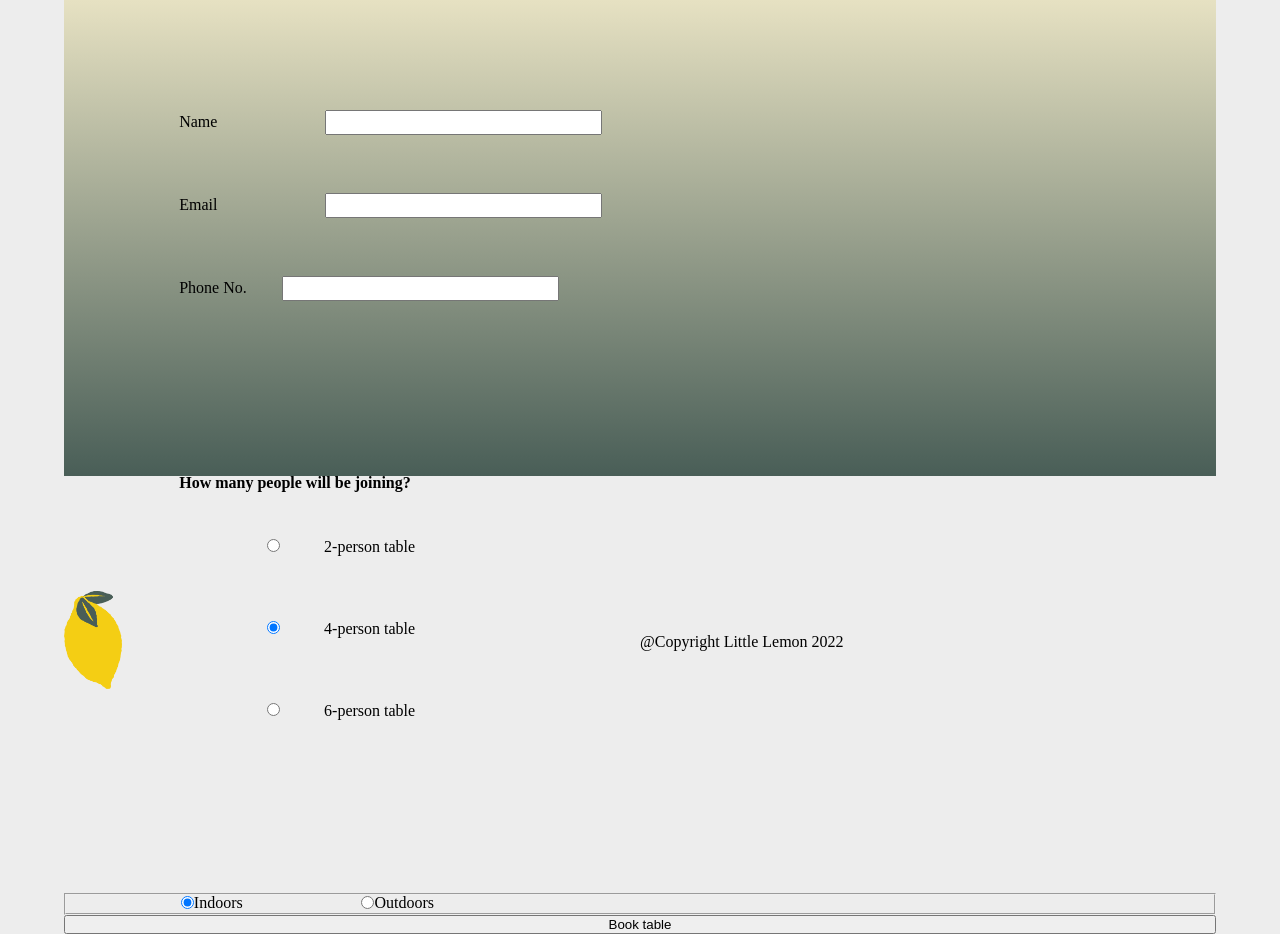
Repository: klone007/littleLemon
Page: index.html
The author's editor kept a copy of each file at every save. The page is drawn from the files as they stood at one save, then again after a run of saves.
The browser window is 1280 px wide. The pictures show the part of the page from y = 3491 to 4443 px (the page is 4425 px tall before and 4443 px after).
A picture or video elsewhere on the page could not be fetched, so the positions and the page height are approximate. Backgrounds fixed to the window are drawn as part of the page.

Above is the page before, as saved 2022-11-17 13:38:23.

### index.html
<!DOCTYPE html>
<html lang="en">
<head>
    <meta charset="UTF-8">
    <meta http-equiv="X-UA-Compatible" content="IE=edge">
    <meta name="viewport" content="width=device-width, initial-scale=1.0">
    <title>Little Lemon</title>
    <meta name="author" content="Owned by Maria & Jason">
    <meta name="description" content="Little lemon restaurant">

    <link rel="stylesheet" href="./styles.css">
    <link rel="stylesheet" href="./docs/flickity.css" media="screen">
</head>
<body>
    <script src="./docs/flickity.pkgd.min.js"></script>

<nav class="top-nav navbar-fixed-top">
    <header>
        <a href="#Home">
            <img src="./img/Asset 20@4x.png" alt="logo" />
        </a>
    </header>
    <input id="menu-toggle" type="checkbox" />
    <label class='menu-button-container' for="menu-toggle">
    <div class='menu-button'></div>
  </label>
    <ul class="menu">
        <li><a href="#Home">Home</a></li>
        <li><a href="#Menu">Menu</a></li>
        <li><a href="#mainBook">Book</a></li>
        <li><a href="#About">About</a></li>
    </ul>
</nav>


    <main>
        <h1 id="Home">Our Featured</h1>
        <section class="gallery js-flickity" data-flickity-options='{ "wrapAround": true }'>
            <div class="gallery-cell">
                <img src="https://external-content.duckduckgo.com/iu/?u=https%3A%2F%2Fwww.sightseeingtoursitaly.com%2Fwp-content%2Fuploads%2F2019%2F06%2FFamous-Italian-dishes.jpg&f=1&nofb=1&ipt=5f17ed8798b09670346a59e0c6dda9133987f1fbc826aab0525b9c7dfd5eefc6&ipo=images" alt="" loading="lazy" />
            </div>
            <div class="gallery-cell">
                <img src="https://external-content.duckduckgo.com/iu/?u=https%3A%2F%2Fcdn.websites.hibu.com%2F42205d4164494aec9952633686609fc8%2Fdms3rep%2Fmulti%2Fshutterstock_1048781273.jpg&f=1&nofb=1&ipt=9319afd718bb88107d86b2624e313065a7d3a600e22631227c980300d2d9ea5e&ipo=images" alt="" loading="lazy" />
            </div>
            <div class="gallery-cell">
                <img src="https://external-content.duckduckgo.com/iu/?u=https%3A%2F%2Fdianashealthyliving.com%2Fwp-content%2Fuploads%2F2019%2F09%2FItalian-food-Depositphotos_.jpg&f=1&nofb=1&ipt=6b3899b664b8c8aa324edf4a5f0cf548525f48ccb5f7a4fc71eac060adbfea16&ipo=images" alt="" loading="lazy" />
            </div>
            <div class="gallery-cell">
                <img src="https://external-content.duckduckgo.com/iu/?u=https%3A%2F%2Fwww.lux-review.com%2Fwp-content%2Fuploads%2F2020%2F03%2FPasta-1.jpg&f=1&nofb=1&ipt=236038c1ddcf4aa03c9a1fd1d1489bc57e1f28b597d5af0d285d39a5f3813c10&ipo=images" alt="" />
            </div>
            <div class="gallery-cell">
                <img src="https://external-content.duckduckgo.com/iu/?u=https%3A%2F%2Fthepointsguy.co.uk%2Fwp-content%2Fuploads%2F2020%2F09%2FGettyImages-599272840.jpg&f=1&nofb=1&ipt=aed47e269af3bf5fa11b8c201e77a3612dee3b5e70cd9f18d9500c28e0df9f67&ipo=images" alt="" loading="lazy" />
            </div>
        </section>

        <h1 id="Menu">Menu</h1>
        <section id="mainMenu">
            <article>
                <h3>Dish 1</h3>
                <div>
                    <img src="https://external-content.duckduckgo.com/iu/?u=https%3A%2F%2Fwww.trbimg.com%2Fimg-58b999a4%2Fturbine%2Fct-chicago-modern-classics-food-0308-20170303&f=1&nofb=1&ipt=e55a6103835e539b9ddba910f3aa8f07babc50ec035bc059d606dd24fa5a5659&ipo=images" alt="" />
                    <p>Lorem ipsum dolor sit amet consectetur adipisicing elit. Labore inventore rem quos repellat fugiat consequatur numquam, sapiente aperiam culpa aliquid maiores asperiores! Alias eligendi odit, vero amet aut quia non?</p>
                </div>
            </article>
            <article>
                <h3>Dish 2</h3>
                <div>
                    <img src="https://external-content.duckduckgo.com/iu/?u=https%3A%2F%2Fwww.webivm.com%2Fwp-content%2Fuploads%2F2016%2F12%2FFood-Photos.jpg&f=1&nofb=1&ipt=6a3492d880aad37e76e2c229f1153e1a0fc916bf886f3e4d2b33b8b43cbbb8ba&ipo=images" alt="" />
                    <p>Lorem ipsum dolor sit amet consectetur adipisicing elit. Labore inventore rem quos repellat fugiat consequatur numquam, sapiente aperiam culpa aliquid maiores asperiores! Alias eligendi odit, vero amet aut quia non?</p>
                </div>
            </article>
            <article>
                <h3>Dish 3</h3>
                <div>
                    <img src="https://external-content.duckduckgo.com/iu/?u=https%3A%2F%2Fwww.food-management.com%2Fsites%2Ffood-management.com%2Ffiles%2Fstyles%2Farticle_featured_retina%2Fpublic%2FHawaiiPromo_BU_1.jpg%3Fitok%3Dl8BccNDz&f=1&nofb=1&ipt=f5ae2a2fe3e9c6f5db3d1dd3f7cba8346bc18a211ab68dd1c32996616daafb87&ipo=images" alt="" />
                    <p>Lorem ipsum dolor sit amet consectetur adipisicing elit. Labore inventore rem quos repellat fugiat consequatur numquam, sapiente aperiam culpa aliquid maiores asperiores! Alias eligendi odit, vero amet aut quia non?</p>
                </div>
            </article>
            <article>
                <h3>Dish 4</h3>
                <div>
                    <img src="https://external-content.duckduckgo.com/iu/?u=https%3A%2F%2Fmoroccanfoodtour.com%2Fwp-content%2Fuploads%2F2020%2F05%2FMFT-Tetouan-Food-Tour-5.jpg&f=1&nofb=1&ipt=5d10271906c29c0f482e9af2e71def8f1021706b03ddfc3b13a227a26cf32f92&ipo=images" alt="" />
                    <p>Lorem ipsum dolor sit amet consectetur adipisicing elit. Labore inventore rem quos repellat fugiat consequatur numquam, sapiente aperiam culpa aliquid maiores asperiores! Alias eligendi odit, vero amet aut quia non?</p>
                </div>
            </article>
            <article>
                <h3>Dish 5</h3>
                <div>
                    <img src="https://external-content.duckduckgo.com/iu/?u=https%3A%2F%2Fimg.choice.com.au%2F-%2Fmedia%2Ff738b5b9623b4c90ad0837f98b0ea96b.ashx&f=1&nofb=1&ipt=1635fb9e31ba85f9b28735716f80466546eed1ee7c42d5bcbd6a9909df5d35f2&ipo=images" alt="" />
                    <p>Lorem ipsum dolor sit amet consectetur adipisicing elit. Labore inventore rem quos repellat fugiat consequatur numquam, sapiente aperiam culpa aliquid maiores asperiores! Alias eligendi odit, vero amet aut quia non?</p>
                </div>
            </article>
            <article>
                <h3>Dish 6</h3>
                <div>
                    <img src="https://external-content.duckduckgo.com/iu/?u=https%3A%2F%2Fwww.charlottefashionplate.com%2Fwp-content%2Fuploads%2F2019%2F04%2FFullSizeRender-2019-09-12T093414.937-e1568295666416.jpg&f=1&nofb=1&ipt=a75d703fefdf0bc48c22dafd73ad0c617d56c21db92b64727021d744cfa860a5&ipo=images" alt="" />
                    <p>Lorem ipsum dolor sit amet consectetur adipisicing elit. Labore inventore rem quos repellat fugiat consequatur numquam, sapiente aperiam culpa aliquid maiores asperiores! Alias eligendi odit, vero amet aut quia non?</p>
                </div>
            </article>
        </section>

        <h1 id="About">About</h1>
        <section id="mainAbout">
            <div class="myDIV">
                 <img src="https://external-content.duckduckgo.com/iu/?u=https%3A%2F%2Fst3.depositphotos.com%2F2572561%2F16353%2Fi%2F950%2Fdepositphotos_163534638-stock-photo-two-famous-chefs-discuss-their.jpg&f=1&nofb=1&ipt=b503cf392cbfb92c1189adf6e87bce2d96b5f10e32ff79c8c39acd97c9648224&ipo=images" alt="Little Lemon's chefs" loading="lazy" />
            </div>
            <!-- <div class="hide">
                The image used is stock image from google images.
            </div> -->

            <p>
                Based in Chicago, Illinois, <strong>Little Lemon is a family-owned Mediterranean restaurant</strong>, focused on <strong>traditional recipes served with a
                modern twist.</strong> The chefs draw inspiration from Italian, Greek, and Turkish culture and have a menu of 12–15 items that they rotate
                seasonally. The restaurant has a rustic and relaxed atmosphere with moderate prices, making it a <strong>popular place for a meal any time of
                the day.</strong>
                <br /> <br />
                Little Lemon is <strong>owned by</strong>two Italian brothers, <strong>Mario and Adrian</strong>, who moved to the United States to pursue their shared dream of owning a restaurant.
                To craft the menu, Mario relies on family recipes and his experience as a chef in Italy. Adrian does all the marketing for the restaurant and led the
                effort to expand the menu beyond classic Italian to incorporate additional cuisines from the Mediterranean region.
            </p>
        </section>
        <section id="mainBook">
            <h1>Book</h1>
            <div class="parallax"></div>

            <form class="content" method="post" >

                    <label for="user_Name">Name
                        <input type="text" id="user_Name" name="user_Name" required/>
                    </label>
                    <label for="user_Email">Email
                        <input type="email" id="user_Email" name="user_Email" required/>
                    </label>

                <label for="user_Phone">Phone No.
                    <input type="tel" id="user_Phone" name="user_Phone"/>
                </label>
                <fieldset id="size">
                    <p><strong>How many people will be joining?</strong></p>
                    <label><input type="radio" value="2" name="size" />2-person table</label><br>
                    <label><input type="radio" value="4" name="size" checked/>4-person table</label><br>
                    <label><input type="radio" value="6" name="size" />6-person table</label>
                </fieldset>
                <fieldset id="location">
                    <label><input type="radio" value="indoors" name="location" checked/>Indoors</label>
                    <label><input type="radio" value="outdoors" name="location" />Outdoors</label>
                </fieldset>
                <button type="submit">Book table</button>

            </form>
        </section>
    </main>
    <footer>
        <div >
            <img src="./img/Asset 9@4x.png" alt=""></img>
        </div>
        <div >
            <p>@Copyright Little Lemon 2022</p>
        </div>
    </footer>


</body>
</html>

### styles.css
:root {
    --lemonYelow:#f4ce14;
    --lemonGreen: #495e57;
}


*{
    margin:0;
    padding:0;
    -webkit-box-sizing: border-box;
    box-sizing: border-box;
}

body {
    background-color: #ededed;
    margin-top: 1rem;
    margin-bottom: 1rem;
    margin-left: 5%;
    margin-right: 5%;
}

header  img {
    display: block;
    margin-left: auto;
    margin-right: auto;
    max-width:3rem;
    min-height:3rem;
    animation-duration: 2s;
    animation-name: slideinLeft;
}

.top-nav  ul {
    list-style: none;
    animation-duration: 2s;
    animation-name: slideinRight;
}

.top-nav a {
    text-decoration: none;
    /* color:rgb(252, 227, 8); */
    color:white;
    padding: 10px 30px;
}

.top-nav a:hover {
    color: var(--lemonYelow);
    transform: scale(0.7);
}

.top-nav {
    display: flex;
    flex-direction: row;
    align-items: center;
    justify-content: space-between;
    background-color: #00BAF0;
    /* background: linear-gradient(to left, #214900ef, #ffe5511e); */
    background: linear-gradient(to left, #495e57, #f4cf142c);

    /* W3C, IE 10+/ Edge, Firefox 16+, Chrome 26+, Opera 12+, Safari 7+ */
    color: #FFF;
    height: 50px;
    padding: 1em;
    margin-top: 3%;


  }

  .menu {
    display: flex;
    flex-direction: row;
    list-style-type: none;
    margin: 0;
    padding: 0;
  }

  .menu > li {
    margin: 0 1rem;
    overflow: hidden;
  }

  .menu-button-container {
    display: none;
    height: 100%;
    width: 30px;
    cursor: pointer;
    flex-direction: column;
    justify-content: center;
    align-items: center;
  }

  #menu-toggle {
    display: none;
  }

  .menu-button,
  .menu-button::before,
  .menu-button::after {
    display: block;
    background-color: #fff;
    position: absolute;
    height: 4px;
    width: 30px;
    transition: transform 400ms cubic-bezier(0.23, 1, 0.32, 1);
    border-radius: 2px;
  }

  .menu-button::before {
    content: '';
    margin-top: -8px;
  }

  .menu-button::after {
    content: '';
    margin-top: 8px;
  }

  #menu-toggle:checked + .menu-button-container .menu-button::before {
    margin-top: 0px;
    transform: rotate(405deg);
  }

  #menu-toggle:checked + .menu-button-container .menu-button {
    background: rgba(255, 255, 255, 0);
  }

  #menu-toggle:checked + .menu-button-container .menu-button::after {
    margin-top: 0px;
    transform: rotate(-405deg);
  }

  @media (max-width: 700px) {
    .menu-button-container {
      display: flex;
    }
    .menu {
        z-index:1000;
      position: absolute;
      top: 50px;
      margin-top: 50px;
      left: 0;
      flex-direction: column;
      width: 100%;
      justify-content: center;
      align-items: center;
    }
    #menu-toggle ~ .menu li {
      height: 0;
      margin: 0;
      padding: 0;
      border: 0;
      transition: height 400ms cubic-bezier(0.23, 1, 0.32, 1);
    }
    #menu-toggle:checked ~ .menu li {
      border: 1px solid #333;
      height: 3.5em;
      padding: 0.5em;
      transition: height 400ms cubic-bezier(0.23, 1, 0.32, 1);
    }
    .menu > li {
      display: flex;
      justify-content: center;
      margin: 0;
      padding: 0.5em 0;
      width: 100%;
      color: white;
      background-color: #222;
    }
    .menu > li:not(:last-child) {
      border-bottom: 1px solid #444;
    }
  }

  .navbar-fixed-top{
    position: -webkit-sticky;
    position: sticky;
    top: 0px;
    z-index: 99999;
  }

/* nav {
display: flex;
justify-content: space-between;
}

header > img {
    display: block;
    margin-left: auto;
    margin-right: auto;
    max-width:5rem;
    min-height:5rem;
}

nav  ul {
    list-style: none;
    display: flex;
    justify-content: center;
    align-items: center;

}

nav a:link {
    text-decoration: none;
    color: rgb(5, 107, 5);
    padding: 10px 50px;

}

nav a:hover {
    background-color: green;
    color: antiquewhite;
} */




main  h1 {
    display: flex;
    justify-content: center;
    align-items: center;
    margin-top:5%;
    margin-bottom:3%;
    color:var(--lemonGreen);
    padding-top: 1rem;
}

main  h1:hover{
    /* animation: 1s 1 forwards pulse */
    transform: scale(1.2);
    transition: 0.5s ease-in-out;
}

main img {
    max-width:100%;
    min-height: 100%;
}

.gallery {
    background: #EEE;
    margin-bottom: 5%;
  }

  .gallery-cell {
    width: 50vw;
    height: 30vh;
    margin-left: 10px;
    counter-increment: gallery-cell;
  }

  /* cell number */
  .gallery-cell:before {
    display: block;
    text-align: center;
    content: "";
    line-height: 200px;
    font-size: 80px;
    color: white;
  }



  #mainMenu {
    display: flex;
    flex-wrap: wrap;
    overflow: auto;

}
#mainMenu div {
    display: flex;
    justify-content: center;
    align-items: center;
    gap:2rem;
}

#mainMenu img {
    max-width: 5rem;
    max-height: 5rem;
}
article img:hover {
    transform: scale(4) translate(50%,10%);
    transition: 0.5s ease-in-out;
}

main h3 {
    padding-bottom:1rem
}

main article {
    flex: 1 0 500px;
    box-sizing: border-box;
    margin: 1rem .25em;
    padding:2rem;

    max-width: 25rem;
}

main article:hover {
    color:#f4ce14;
    background-color: var(--lemonGreen);
    box-shadow: inset 0 0 1rem #444;
    border-radius: 5%;
}

@media screen and (min-width: 40em) {
    main article  {
       max-width: calc(50% -  1em);
    }


}

@media screen and (min-width: 60em) {
    main article  {
        max-width: calc(25% - 1em);
    }
}


#mainAbout {
    display: flex;
    flex-direction:column;
    justify-content: center;
    align-items: center;

}

#mainAbout img {
    max-width: 20rem;
    min-height: 20rem;
    margin:5%;
    padding:2rem;
    border-radius: 50%;
    filter:blur(0.5rem) grayscale(100%);
    transition:.5s ease-out;
}
#mainAbout img:hover {
    filter:blur(0rem) grayscale(0%);

}
/* .hide {
    display: none;
    position:absolute;
    left:8%
  } */

  /* .myDIV:hover + .hide {
    display: block;
    color: red;
  } */

#mainAbout p {
    flex: 1 0 500px;
    box-sizing: border-box;
    margin: 1rem .25em;
    padding:1rem;
}

footer {
    display: flex;
    justify-content: center;
    align-items: center;
    margin-top:10%;
}
footer div {
    flex: 1;
}

footer img {
    width:10%;
}
footer img:hover {
    transform:rotate(60deg) ;
   transition: 1s ease;
}



@media screen and (min-width:880px) {

    .gallery-cell {
        width: 70vw;
        height: 70vh;
        margin-left: 10px;
        counter-increment: gallery-cell;
      }

      #mainAbout{
        display: flex;
        justify-content: space-between;
        flex-direction: row;
        margin:1rem;
        gap: 2rem;
    }
    #mainAbout img {
        max-width: 20rem;
        min-height: 20rem;
        margin:5%;
        border-radius: 0;
    }
    #mainAbout p {
        flex: 1 ;
        box-sizing: border-box;
        margin: 1rem .25em;
        padding:1rem;
    }
    article img:hover {
        transform: scale(8) translate(50%,10%);
        transition: 0.5s ease-in-out;
    }

  }




  @keyframes slideinRight {
    from {
      margin-right: -100rem;
      opacity: 0;
    }
    25% {

        margin-right: -10rem;
        opacity: 0.25;
      }
    50% {

    margin-right: -5rem;
    opacity: 0.5;
    }
    75% {

      margin-right: -1rem;
      opacity: 0.75;
    }

    to {
      margin-right: 0rem;
      opacity: 1;
    }
  }


  @keyframes slideinLeft {
    from {
      margin-left: -100rem;
      opacity: 0;

    }

    25% {

    margin-left: -10rem;
    opacity: 0.25;
    }

    50% {

    margin-left: -5rem;
    opacity: 0.5;
    width:50%;
    }
    75% {

    margin-left: -5rem;
    opacity: 0.5;
    width:75%;

    }

    to {
      margin-left: 0rem;
      opacity: 1;
     width:100%;

    }
  }

  .parallax {
    /* The image used */
    background-image: url("https://external-content.duckduckgo.com/iu/?u=https%3A%2F%2Fuplandsouthcandles.com%2Fwp-content%2Fuploads%2F2018%2F07%2F036684.jpg&f=1&nofb=1&ipt=ed1f1ccf7945ddfd3265d2114ec71a6c897354e652921af8277e8d438890888a&ipo=images");

    /* Set a specific height */
    min-height: 500px;

    /* Create the parallax scrolling effect */
    background-attachment: fixed;
    background-position: center;
    background-repeat: no-repeat;
    background-size: cover;
  }

  .content {
    height:1000px;
    background: linear-gradient(#eee20200,#f4cf142c, #495e57);
    display:flex;
    flex-direction: column;
    align-items: stretch;
    padding-top:50%;
}
.content label {
    padding-top:5%;
    padding-left: 10%;
}

#size{
    display: flex;
    flex-direction: column;
    margin: 15% 10%;
    border:0;

}

#size label {
    margin-left:-3rem ;
}

input[name=size] {
    margin:0 5%;
}

#user_Name{
    margin-left:10%;
    padding:0.2rem 3rem;
}


#user_Email{
    margin-left:10%;
    padding:0.2rem 3rem;
}

#user_Phone{
    margin-left:3%;
    padding:0.2rem 3rem;
}

### docs/flickity.css
/*! Flickity v2.3.0
https://flickity.metafizzy.co
---------------------------------------------- */

.flickity-enabled {
  position: relative;
}

.flickity-enabled:focus { outline: none; }

.flickity-viewport {
  overflow: hidden;
  position: relative;
  height: 100%;
}

.flickity-slider {
  position: absolute;
  width: 100%;
  height: 100%;
}

/* draggable */

.flickity-enabled.is-draggable {
  -webkit-tap-highlight-color: transparent;
  -webkit-user-select: none;
     -moz-user-select: none;
      -ms-user-select: none;
          user-select: none;
}

.flickity-enabled.is-draggable .flickity-viewport {
  cursor: move;
  cursor: -webkit-grab;
  cursor: grab;
}

.flickity-enabled.is-draggable .flickity-viewport.is-pointer-down {
  cursor: -webkit-grabbing;
  cursor: grabbing;
}

/* ---- flickity-button ---- */

.flickity-button {
  position: absolute;
  background: hsla(0, 0%, 100%, 0.75);
  border: none;
  color: #333;
}

.flickity-button:hover {
  background: white;
  cursor: pointer;
}

.flickity-button:focus {
  outline: none;
  box-shadow: 0 0 0 5px #19F;
}

.flickity-button:active {
  opacity: 0.6;
}

.flickity-button:disabled {
  opacity: 0.3;
  cursor: auto;
  /* prevent disabled button from capturing pointer up event. #716 */
  pointer-events: none;
}

.flickity-button-icon {
  fill: currentColor;
}

/* ---- previous/next buttons ---- */

.flickity-prev-next-button {
  top: 50%;
  width: 44px;
  height: 44px;
  border-radius: 50%;
  /* vertically center */
  transform: translateY(-50%);
}

.flickity-prev-next-button.previous { left: 10px; }
.flickity-prev-next-button.next { right: 10px; }
/* right to left */
.flickity-rtl .flickity-prev-next-button.previous {
  left: auto;
  right: 10px;
}
.flickity-rtl .flickity-prev-next-button.next {
  right: auto;
  left: 10px;
}

.flickity-prev-next-button .flickity-button-icon {
  position: absolute;
  left: 20%;
  top: 20%;
  width: 60%;
  height: 60%;
}

/* ---- page dots ---- */

.flickity-page-dots {
  position: absolute;
  width: 100%;
  bottom: -25px;
  padding: 0;
  margin: 0;
  list-style: none;
  text-align: center;
  line-height: 1;
}

.flickity-rtl .flickity-page-dots { direction: rtl; }

.flickity-page-dots .dot {
  display: inline-block;
  width: 10px;
  height: 10px;
  margin: 0 8px;
  background: #333;
  border-radius: 50%;
  opacity: 0.25;
  cursor: pointer;
}

.flickity-page-dots .dot.is-selected {
  opacity: 1;
}

Loaded but not shown: docs/flickity.pkgd.min.js (library)

After the next 2 saves:
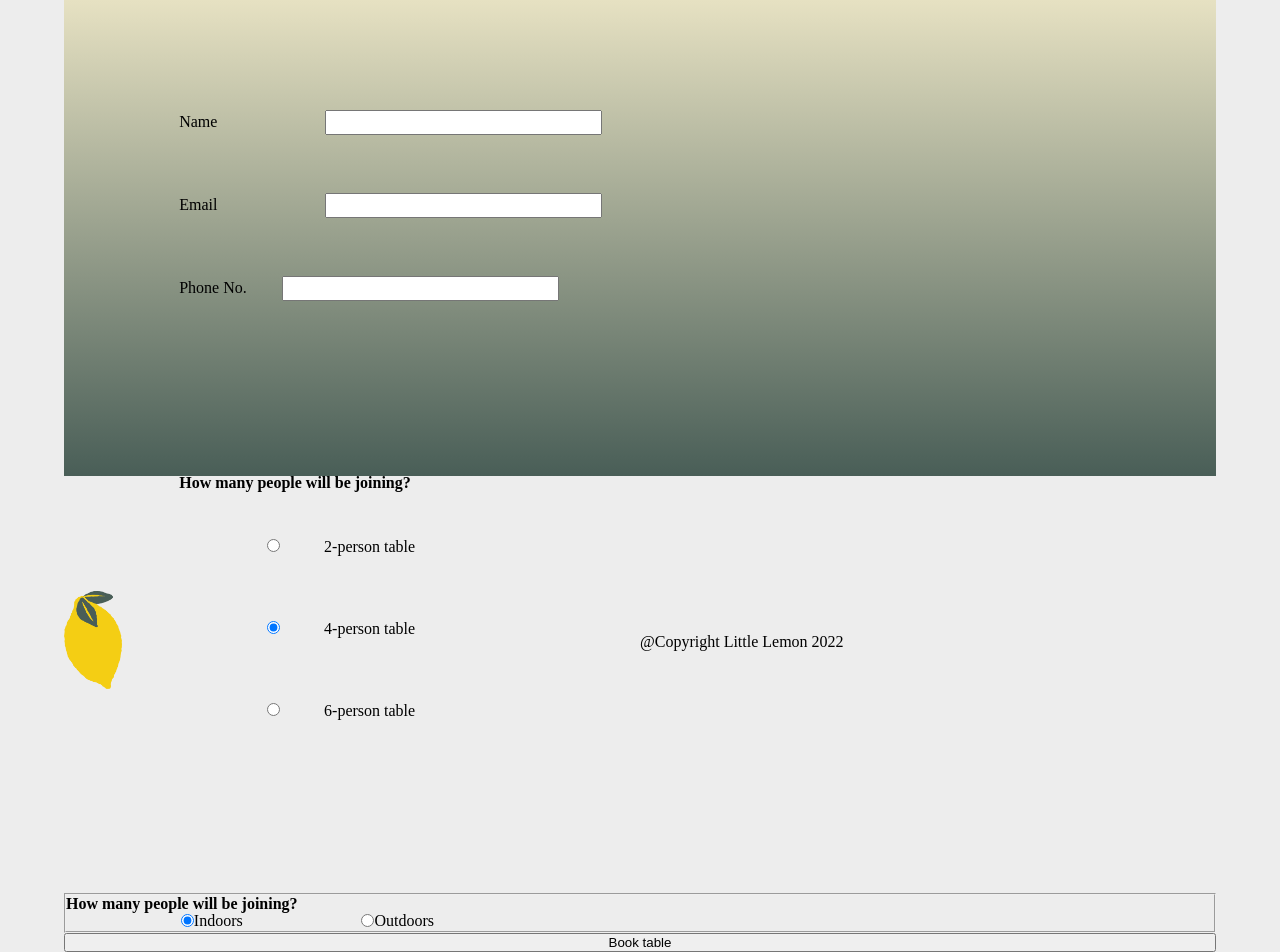
The 2 saves are shown as one change because they came seconds apart.
The last was saved 37 s later.
--- a/index.html
+++ b/index.html
@@ -142,6 +142,7 @@
                     <label><input type="radio" value="6" name="size" />6-person table</label>
                 </fieldset>
                 <fieldset id="location">
+                    <p><strong>How many people will be joining?</strong></p>
                     <label><input type="radio" value="indoors" name="location" checked/>Indoors</label>
                     <label><input type="radio" value="outdoors" name="location" />Outdoors</label>
                 </fieldset>
